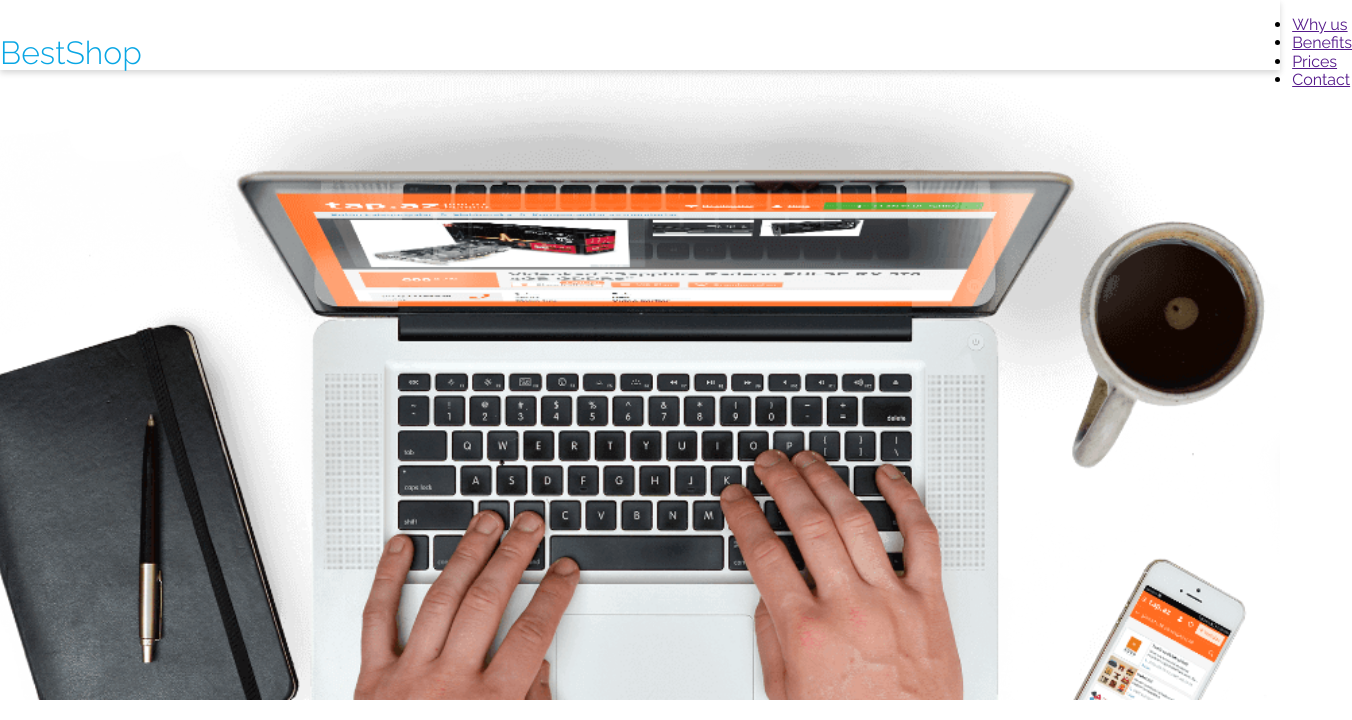
Repository: Widzisz/bestshop-website
Page: index.html
An editor plug-in stored every save of this project. The page is shown before and after the next save, followed by the edit.
The browser window is 1280 px wide. The page is 1352 px wide, so the pictures cover 1352 px, including what lies to the right of the window. The pictures show the whole page.

Above is the page before, as saved 2021-03-19 12:09:08.

### index.html
<!doctype html>
<html lang="en">

<head>
  <meta charset="UTF-8">
  <meta http-equiv="X-UA-Compatible" content="ie=edge">

  <link rel="preconnect" href="https://fonts.gstatic.com">
  <link
    href="https://fonts.googleapis.com/css2?family=Open+Sans:ital,wght@0,300;0,400;0,600;0,700;0,800;1,300;1,400;1,600;1,700;1,800&family=Raleway:ital,wght@0,100;0,200;0,300;0,400;0,500;0,600;0,700;0,800;0,900;1,100;1,200;1,300;1,400;1,500;1,600;1,700;1,800;1,900&display=swap"
    rel="stylesheet">
  <title>Craze Features</title>
  <link rel="stylesheet" href="css/normalize.css">
  <link rel="stylesheet" href="css/style.css">
</head>
<div class="hero">

  <header class="header">

    <div class="container">
      <div class="container__nav">
        <a href="" class="logo">
          <span>BestShop</span>
        </a>

        <nav class="menu">
          <ul class="menu__list">
            <li><a href="">Why us</a></li>
            <li><a href="">Benefits</a></li>
            <li><a href="">Prices</a></li>
            <li><a href="">Contact</a></li>
          </ul>
        </nav>
      </div>
    </div>
  </header>

</div>




</div>


<body>

</body>

</html>

### css/style.css
:root {
  --c-primary: #08a6e4;
  --c-primary-shadow: rgba(7, 172, 230, 0.16);
  --c-redish: #fb3b64;
  --c-green: #55dfb4;
  --c-black: #000000;
  --c-grey: #a5a5a5;
  --c-light-grey: #f7f7f7;
  --c-white: #ffffff;
}

html {
  font-family: "Open Sans", sans-serif;
  font-family: "Raleway", sans-serif;
}

* {
  box-sizing: border-box;
}
body {
  margin: 0;
}

.container {
  width: 1352px;
  margin: 0 auto;

}
/* -----------------------------------------------------
              Logo + Pasek Menu
----------------------------------------------------- */

.hero {
  width: 100%;
  min-height: 700px;
  background-image: url(../images/background.png);
  background-size: cover;
  background-repeat: no-repeat;
  background-position: center top;
}

.header {
  background: #ffffff;
  height: 70px;
  width: 100%;
  box-shadow: 0px 3px 6px #00000029;
  opacity: 1;
  background-repeat: no-repeat;
}

.container__nav {
    margin-bottom: 100px;
    display: flex;
    justify-content: space-between;
    align-items: center;
}

.logo {
  text-decoration: none;
}

.logo span {
  top: 16px;
  left: 136px;
  width: 142px;
  height: 37px;

  font: normal normal 300 32px/37px Raleway;
  letter-spacing: 0px;
  color: #08a6e4;
  opacity: 1;
}
.menu {
}
.menu__list li {
}

Loaded but not shown: css/normalize.css (library)

After the next save:
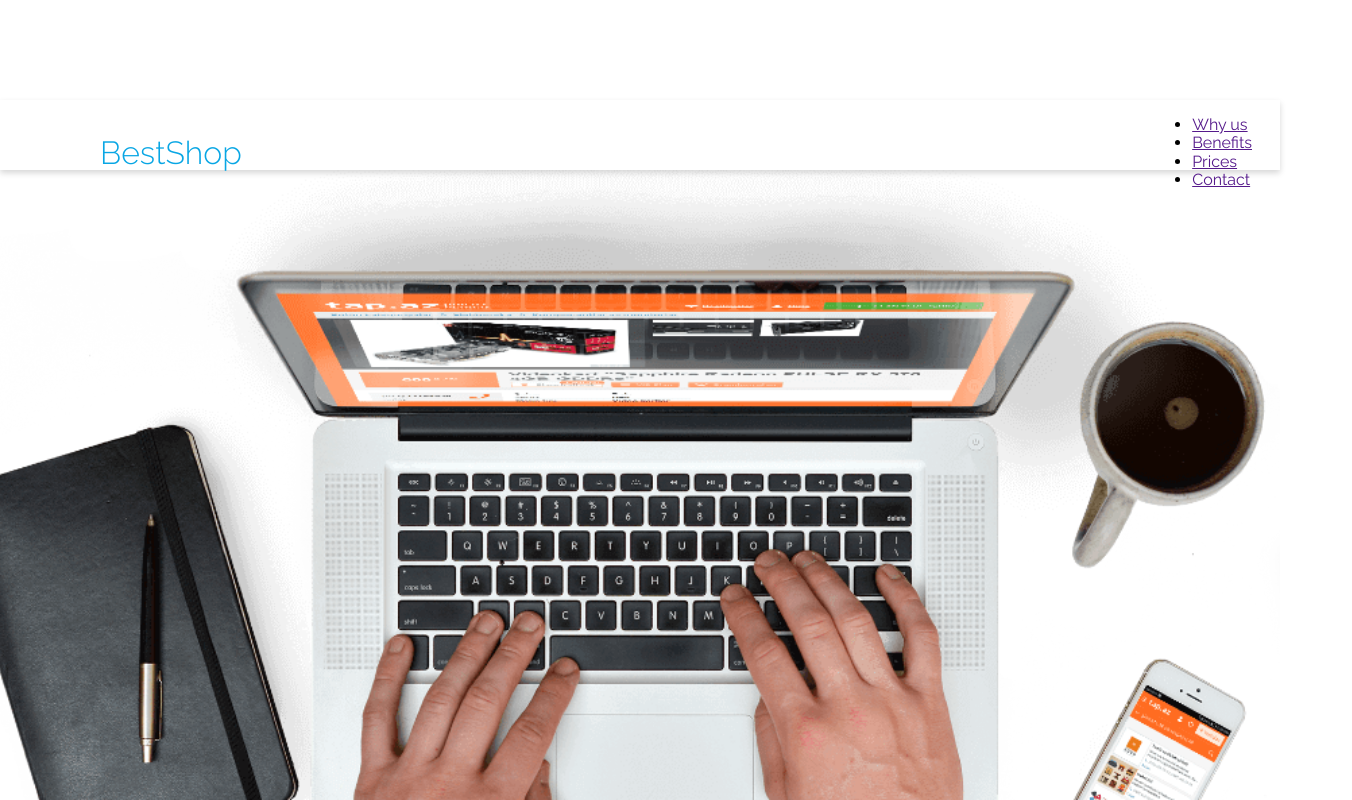
Saved 9 s later.
--- a/css/style.css
+++ b/css/style.css
@@ -49,7 +49,7 @@
 }
 
 .container__nav {
-    margin-bottom: 100px;
+    margin: 100px;
     display: flex;
     justify-content: space-between;
     align-items: center;

After the save that followed:
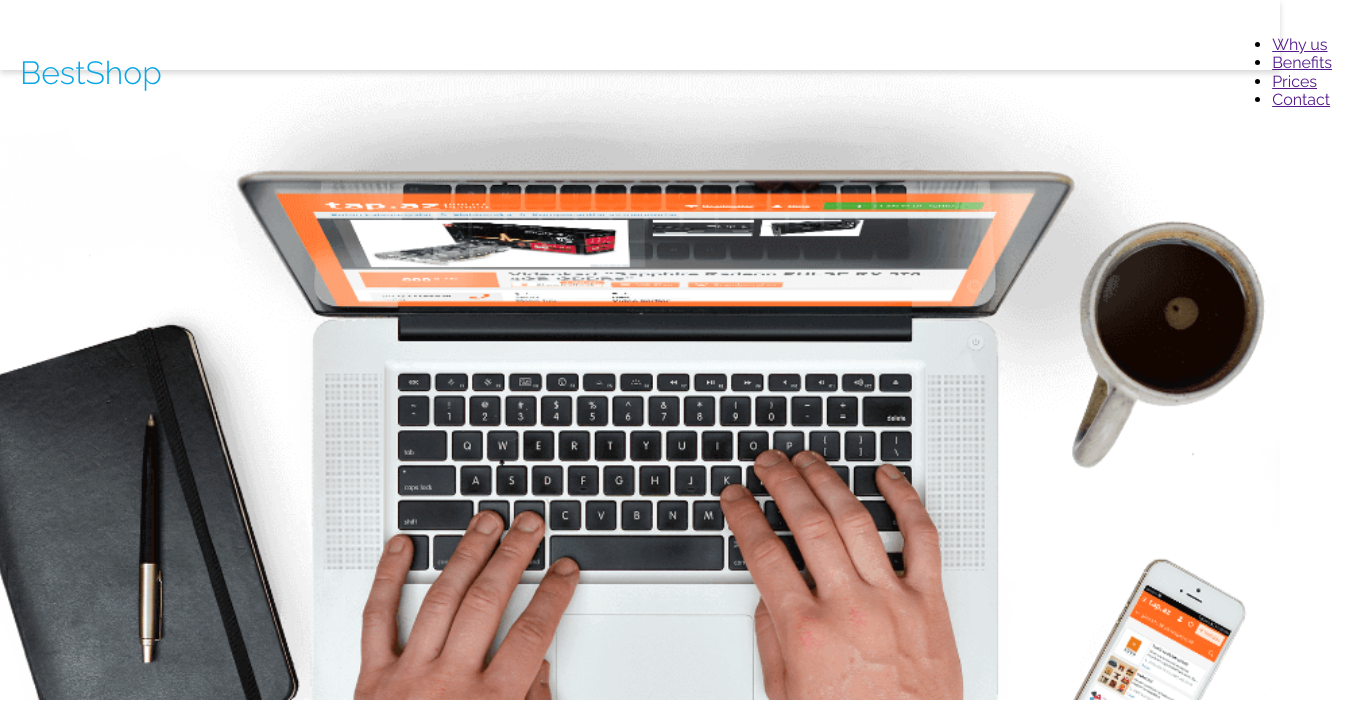
Saved 16 s later.
--- a/css/style.css
+++ b/css/style.css
@@ -49,7 +49,7 @@
 }
 
 .container__nav {
-    margin: 100px;
+    padding: 20px;
     display: flex;
     justify-content: space-between;
     align-items: center;
